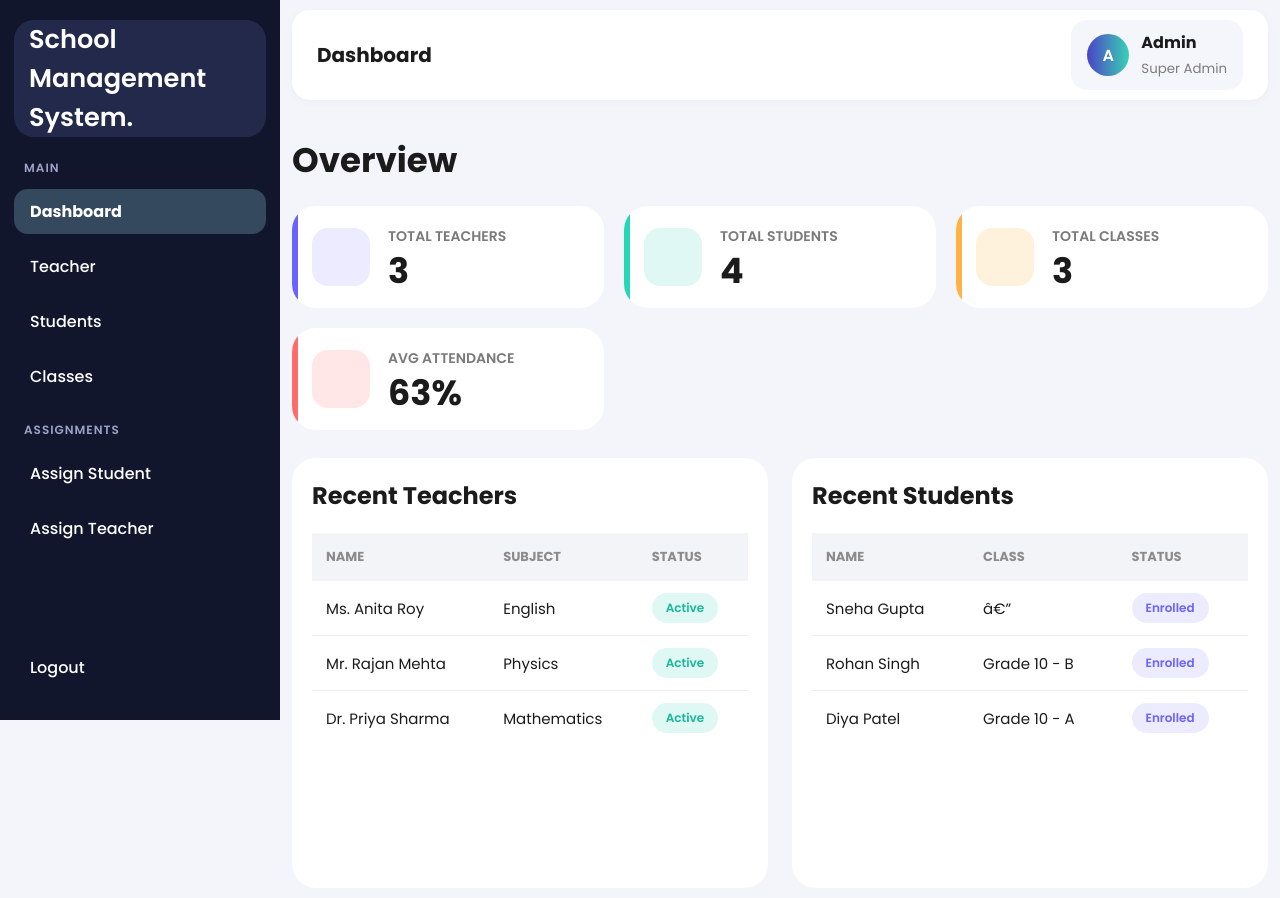
Repository: rohit-rk-07/school_management_system
Page: http://localhost/School_Management_System/admin/dashboard.jsp
These files come from the project's save history. The page is drawn as it stood at one moment and after the next save; the edit follows.
The browser window is 1280 px wide. The pictures show the whole page.
The page is served by Tomcat 10. Other server files are loaded and not shown.

Above is the page before, as saved 2026-05-23 11:37:53.
Console error: TypeError: Cannot read properties of null (reading 'addEventListener')

### School_Management_System/src/main/webapp/admin/dashboard.jsp
<!DOCTYPE html>
<html lang="en">
<head>
  <meta charset="UTF-8" />
  <meta name="viewport" content="width=device-width, initial-scale=1.0"/>
  <title>School Dashboard</title>

  <link rel="preconnect" href="https://fonts.googleapis.com">
  <link href="https://fonts.googleapis.com/css2?family=Poppins:wght@300;400;500;600;700&display=swap" rel="stylesheet">

  <style>
    *{
      margin:0;
      padding:0;
      box-sizing:border-box;
      font-family:'Poppins',sans-serif;
    }

    body{
      background:#f3f4f8;
      display:flex;
      min-height:100vh;
      color:#1b1b1b;
    }

    /* SIDEBAR */

    .sidebar{
      width:280px;
      background:#11162d;
      color:#fff;
      padding:20px 14px;
      display:flex;
      flex-direction:column;
      justify-content:space-between;
      border-top-right-radius:20px;
      border-bottom-right-radius:20px;
    }

    .logo{
      width:42px;
      height:42px;
      border-radius:12px;
      background:#2a2f55;
      display:flex;
      align-items:center;
      justify-content:center;
      color:#7b6dff;
      font-size:22px;
      margin-bottom:35px;
    }

    .menu-title{
      font-size:12px;
      color:#9ba1c4;
      margin:20px 10px 10px;
      letter-spacing:1px;
      font-weight:600;
    }

    .menu{
      list-style:none;
    }

    .menu li{
      padding:14px 16px;
      border-radius:12px;
      margin-bottom:8px;
      cursor:pointer;
      display:flex;
      align-items:center;
      gap:14px;
      color:#aeb4d1;
      transition:0.3s;
    }

    .menu li:hover{
      background:#242b4d;
    }

    .menu li.active{
      background:#4b42c7;
      color:#fff;
      font-weight:500;
    }

    .bottom-menu{
      margin-top:40px;
    }

    /* MAIN CONTENT */

    .main{
      flex:1;
      padding:10px 12px;
    }

    .topbar{
      background:#fff;
      border-radius:18px;
      padding:10px 25px;
      display:flex;
      justify-content:space-between;
      align-items:center;
      box-shadow:0 2px 10px rgba(0,0,0,0.03);
    }

    .topbar h2{
      font-size:20px;
    }

    .profile{
      display:flex;
      align-items:center;
      gap:12px;
      background:#f5f6fb;
      padding:10px 16px;
      border-radius:16px;
    }

    .avatar{
      width:42px;
      height:42px;
      border-radius:50%;
      background:linear-gradient(to right,#4b42c7,#39d2b4);
      display:flex;
      align-items:center;
      justify-content:center;
      color:#fff;
      font-weight:600;
    }

    .profile small{
      color:#7c7c7c;
    }

    .section-title{
      margin:35px 0 20px;
      font-size:34px;
      font-weight:700;
    }

    .stats{
      display:grid;
      grid-template-columns:repeat(auto-fit,minmax(240px,1fr));
      gap:20px;
    }

    .card{
      background:#fff;
      border-radius:24px;
      padding:20px;
      display:flex;
      align-items:center;
      gap:18px;
      position:relative;
      overflow:hidden;
    }

    .card::before{
      content:"";
      position:absolute;
      left:0;
      top:0;
      width:6px;
      height:100%;
    }

    .card.purple::before{ background:#6c63ff; }
    .card.green::before{ background:#27d6b5; }
    .card.orange::before{ background:#ffb347; }
    .card.red::before{ background:#ff6b6b; }

    .icon-box{
      width:58px;
      height:58px;
      border-radius:16px;
      display:flex;
      align-items:center;
      justify-content:center;
      font-size:24px;
    }

    .purple .icon-box{ background:#ecebff; color:#6c63ff; }
    .green .icon-box{ background:#dff8f4; color:#27d6b5; }
    .orange .icon-box{ background:#fff2dd; color:#ffb347; }
    .red .icon-box{ background:#ffe7e7; color:#ff6b6b; }

    .card h4{
      font-size:14px;
      color:#7a7a7a;
      margin-bottom:6px;
      font-weight:600;
    }

    .card h1{
      font-size:35px;
      line-height:1;
    }

    /* TABLES */

    .table-wrapper{
      margin-top:28px;
      display:grid;
      grid-template-columns:1fr 1fr;
      gap:24px;
      height: 430px;
      overflow-y: scroll;
    }

    .table-card{
      background:#fff;
      border-radius:24px;
      padding:20px;
    }

    .table-card h3{
      margin-bottom:20px;
      font-size:24px;
    }

    table{
      width:100%;
      border-collapse:collapse;
    }

    th{
      text-align:left;
      font-size:13px;
      color:#8b8b8b;
      padding:14px;
      background:#f3f4f8;
    }

    td{
      padding:12px 14px;
      border-bottom:1px solid #eee;
      font-size:15px;
    }

    tr:last-child td{
      border-bottom:none;
    }

    .badge{
      padding:6px 14px;
      border-radius:20px;
      font-size:12px;
      font-weight:600;
      display:inline-block;
    }

    .active-badge{
      background:#dff8f4;
      color:#19b899;
    }

    .enrolled-badge{
      background:#ecebff;
      color:#6c63ff;
    }

    /* RESPONSIVE */

    @media(max-width:1000px){
      .table-wrapper{
        grid-template-columns:1fr;
      }
    }

    @media(max-width:768px){
      body{
        flex-direction:column;
      }

      .sidebar{
        width:100%;
        border-radius:0;
      }

      .main{
        padding:15px;
      }

      .topbar{
        flex-direction:column;
        gap:15px;
        align-items:flex-start;
      }
    }
  </style>
</head>

<body>

  <!-- SIDEBAR -->

  <!--   <div class="sidebar">

    <div>
      <div class="logo"></div>

      <div class="menu-title">MAIN</div>

      <ul class="menu">
        <li class="active">Dashboard</li>
        <li>Teachers</li>
        <li>Students</li>
        <li>Classes</li>
      </ul>

      <div class="menu-title">ASSIGNMENTS</div>

      <ul class="menu">
        <li>Assign Students</li>
        <li>Assign Teachers</li>
      </ul>

      <div class="menu-title">ACADEMICS</div>

      <ul class="menu">
        <li>Attendance</li>
        <li>Results</li>
      </ul>
    </div>

    <div class="bottom-menu">
      <ul class="menu">
        <li>Logout</li>
      </ul>
    </div>

  </div> -->

  <jsp:include page="sidebar.jsp" />

  <!-- MAIN -->

  <div class="main">

    <div class="topbar">
      <h2>Dashboard</h2>

      <div class="profile">
        <div class="avatar">A</div>

        <div>
          <strong>Admin</strong><br>
          <small>Super Admin</small>
        </div>
      </div>
    </div>

    <h1 class="section-title">Overview</h1>

    <!-- STATS -->

    <div class="stats">

      <div class="card purple">
        <div class="icon-box"></div>

        <div>
          <h4>TOTAL TEACHERS</h4>
          <h1>3</h1>
        </div>
      </div>

      <div class="card green">
        <div class="icon-box"></div>

        <div>
          <h4>TOTAL STUDENTS</h4>
          <h1>4</h1>
        </div>
      </div>

      <div class="card orange">
        <div class="icon-box"></div>

        <div>
          <h4>TOTAL CLASSES</h4>
          <h1>3</h1>
        </div>
      </div>

      <div class="card red">
        <div class="icon-box"></div>

        <div>
          <h4>AVG ATTENDANCE</h4>
          <h1>63%</h1>
        </div>
      </div>

    </div>

    <!-- TABLES -->

    <div class="table-wrapper">

      <div class="table-card">

        <h3>Recent Teachers</h3>

        <table>
          <thead>
            <tr>
              <th>NAME</th>
              <th>SUBJECT</th>
              <th>STATUS</th>
            </tr>
          </thead>

          <tbody>
            <tr>
              <td>Ms. Anita Roy</td>
              <td>English</td>
              <td><span class="badge active-badge">Active</span></td>
            </tr>

            <tr>
              <td>Mr. Rajan Mehta</td>
              <td>Physics</td>
              <td><span class="badge active-badge">Active</span></td>
            </tr>

            <tr>
              <td>Dr. Priya Sharma</td>
              <td>Mathematics</td>
              <td><span class="badge active-badge">Active</span></td>
            </tr>

        </table>

      </div>

      <div class="table-card">

        <h3>Recent Students</h3>

        <table>
          <thead>
            <tr>
              <th>NAME</th>
              <th>CLASS</th>
              <th>STATUS</th>
            </tr>
          </thead>

          <tbody>
            <tr>
              <td>Sneha Gupta</td>
              <td>—</td>
              <td><span class="badge enrolled-badge">Enrolled</span></td>
            </tr>

            <tr>
              <td>Rohan Singh</td>
              <td>Grade 10 - B</td>
              <td><span class="badge enrolled-badge">Enrolled</span></td>
            </tr>

            <tr>
              <td>Diya Patel</td>
              <td>Grade 10 - A</td>
              <td><span class="badge enrolled-badge">Enrolled</span></td>
            </tr>
          </tbody>
        </table>

      </div>

    </div>

  </div>

  <script>
    const toggleBtn = document.getElementById("darkToggle");

    toggleBtn.addEventListener("click", () => {
      document.body.classList.toggle("dark");
    });
  </script>

</body>
</html>

### School_Management_System/src/main/webapp/admin/sidebar.jsp
<!DOCTYPE html>
<html lang="en">
<head>
  <meta charset="UTF-8" />
  <meta name="viewport" content="width=device-width, initial-scale=1.0"/>
  <title>School Sidebar</title>

  <style type="text/css">
  *{
  margin:0;
  padding:0;
  box-sizing:border-box;
}

body{
  font-family:'Poppins',sans-serif;
  background:#f4f5fa;
}

.schoolSidebar{
  width:280px;
  height:100vh;
  background:#11162d;
  color:#ffffff;
  padding:20px 14px;
  display:flex;
  flex-direction:column;
  justify-content:space-between;
  /*border-top-right-radius:20px;
  border-bottom-right-radius:20px;*/
  transition:0.3s;
}

.schoolSidebarLogo {
    font-size: 1.6rem;
    font-weight: 600;
    background: #23294b;
    border-radius: 20px;
    padding: 0 15px;
    }

schoolSidebarLogo{
  border-radius:14px;
  background:#23294b;
  display:flex;
  align-items:start;
  justify-content:start;
  font-size:20px;
  margin-bottom:35px;
}

.schoolSidebarMenuTitle{
  color:#9ca3c7;
  font-size:12px;
  letter-spacing:1px;
  margin:22px 10px 12px;
  font-weight:600;
}

.schoolSidebarMenuList{
  list-style:none;
}

.schoolSidebarMenuItem{
  display:flex;
  align-items:center;
  gap:14px;
  padding:10px 16px;
  border-radius:14px;
  margin-bottom:10px;
  color:#b6bdd9;
  cursor:pointer;
  transition:0.3s;
  font-size:15px;
  font-weight:500;
}

.schoolSidebarMenuItem a{
  font-size:16px;
  text-decoration: none;
  color: #fff;
  width: 100%;
  height: 100%;
}

.schoolSidebarMenuItem:hover{
  background:#242b4d;
  color:#ffffff;
}

.schoolSidebarActive{
  background:#4d44cc;
  color:#ffffff;
}

.schoolSidebarMenuItem {

    transition: background-color 0.2s ease;
}


.schoolSidebarMenuItem.schoolSidebarActive {
    background-color: #34495e;
}

.schoolSidebarMenuItem.schoolSidebarActive a {
    color: #ffffff;
    font-weight: bold;
}

@media(max-width:768px){

  .schoolSidebar{
    width:100%;
    height:auto;
    border-radius:0;
  }

}
  </style>

  <link rel="preconnect" href="https://fonts.googleapis.com">
  <link href="https://fonts.googleapis.com/css2?family=Poppins:wght@300;400;500;600;700&display=swap" rel="stylesheet">
</head>

<body>

  <aside class="schoolSidebar">

    <div class="schoolSidebarTop">

      <div class="schoolSidebarLogo">
        School Management System.
      </div>

      <div class="schoolSidebarMenuTitle">
        MAIN
      </div>

      <ul class="schoolSidebarMenuList">

        <li class="schoolSidebarMenuItem schoolSidebarActive">
          <a href="/School_Management_System/admin/dashboard/dashboard.jsp">Dashboard</a>
        </li>

        <li class="schoolSidebarMenuItem">
          <a href="/School_Management_System/admin/manage_teacher/addteacher.jsp">Teacher</a>

        </li>

        <li class="schoolSidebarMenuItem">
          <a href="/School_Management_System/admin/manage_student/addstudent.jsp">Students</a>
        </li>

        <li class="schoolSidebarMenuItem">
          <a href="/School_Management_System/admin/manage_classes/addclasses.jsp">Classes</a>
        </li>

      </ul>

      <div class="schoolSidebarMenuTitle">
        ASSIGNMENTS
      </div>

      <ul class="schoolSidebarMenuList">

        <li class="schoolSidebarMenuItem">
          <a href="/School_Management_System/admin/assign_student/assignStudent.jsp">Assign Student</a>
        </li>

        <li class="schoolSidebarMenuItem">
          <a href="/School_Management_System/admin/assign_teacher/assignTeacher.jsp">Assign Teacher</a>
        </li>

      </ul>

    </div>

    <div class="schoolSidebarBottom">

      <ul class="schoolSidebarMenuList">

        <li class="schoolSidebarMenuItem">
          <a href="/School_Management_System/login/login.jsp">Logout</a>
        </li>

      </ul>

    </div>

  </aside>

  <script>

  document.addEventListener("DOMContentLoaded", function () {
    const currentPath = window.location.pathname;
    const menuLinks = document.querySelectorAll(".schoolSidebarMenuList a");

    menuLinks.forEach(link => {
        const linkPath = link.getAttribute("href");

        if (currentPath.endsWith(linkPath)) {
            document.querySelectorAll(".schoolSidebarMenuItem").forEach(item => {
                item.classList.remove("schoolSidebarActive");
            });

            link.closest(".schoolSidebarMenuItem").classList.add("schoolSidebarActive");
        }
    });
});

  </script>

</body>
</html>

After the next save:
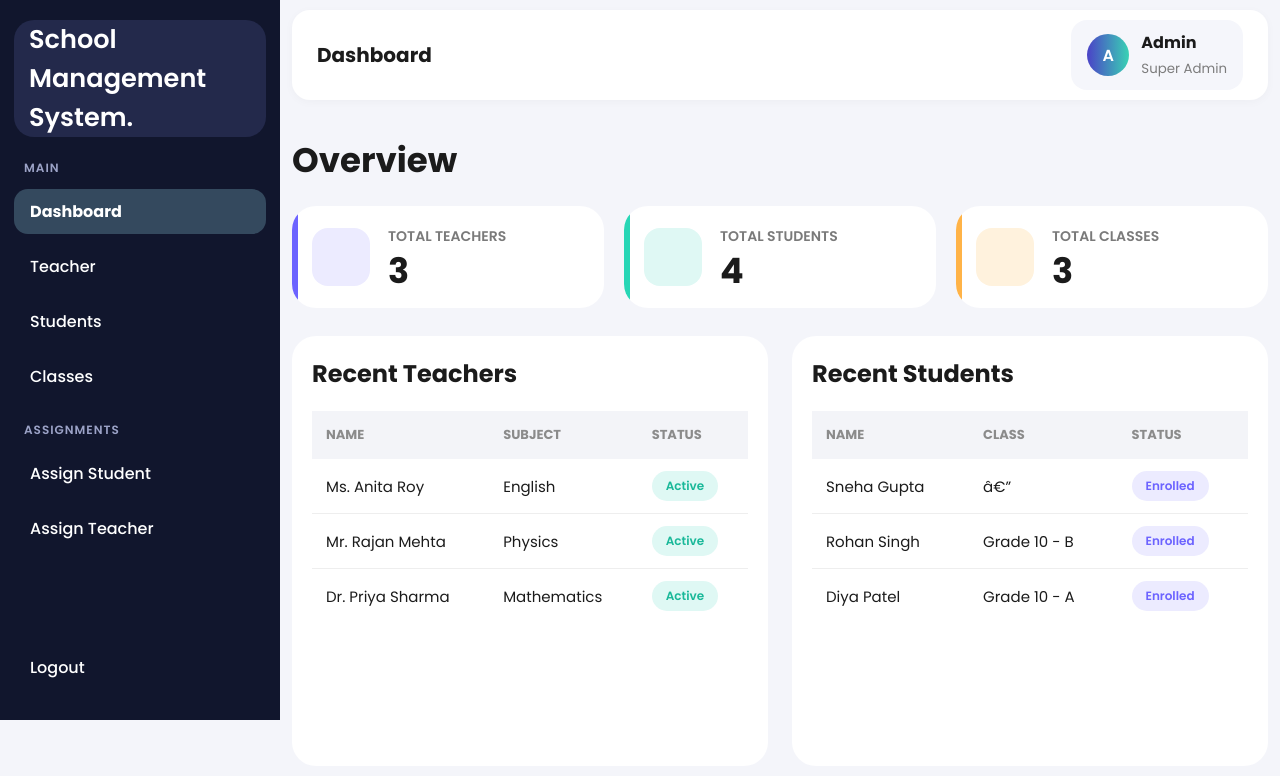
Saved 5 min 4 s later.
--- a/School_Management_System/src/main/webapp/admin/dashboard.jsp
+++ b/School_Management_System/src/main/webapp/admin/dashboard.jsp
@@ -385,14 +385,14 @@
         </div>
       </div>
 
-      <div class="card red">
+      <!-- <div class="card red">
         <div class="icon-box"></div>
 
         <div>
           <h4>AVG ATTENDANCE</h4>
           <h1>63%</h1>
         </div>
-      </div>
+      </div> -->
 
     </div>
 
